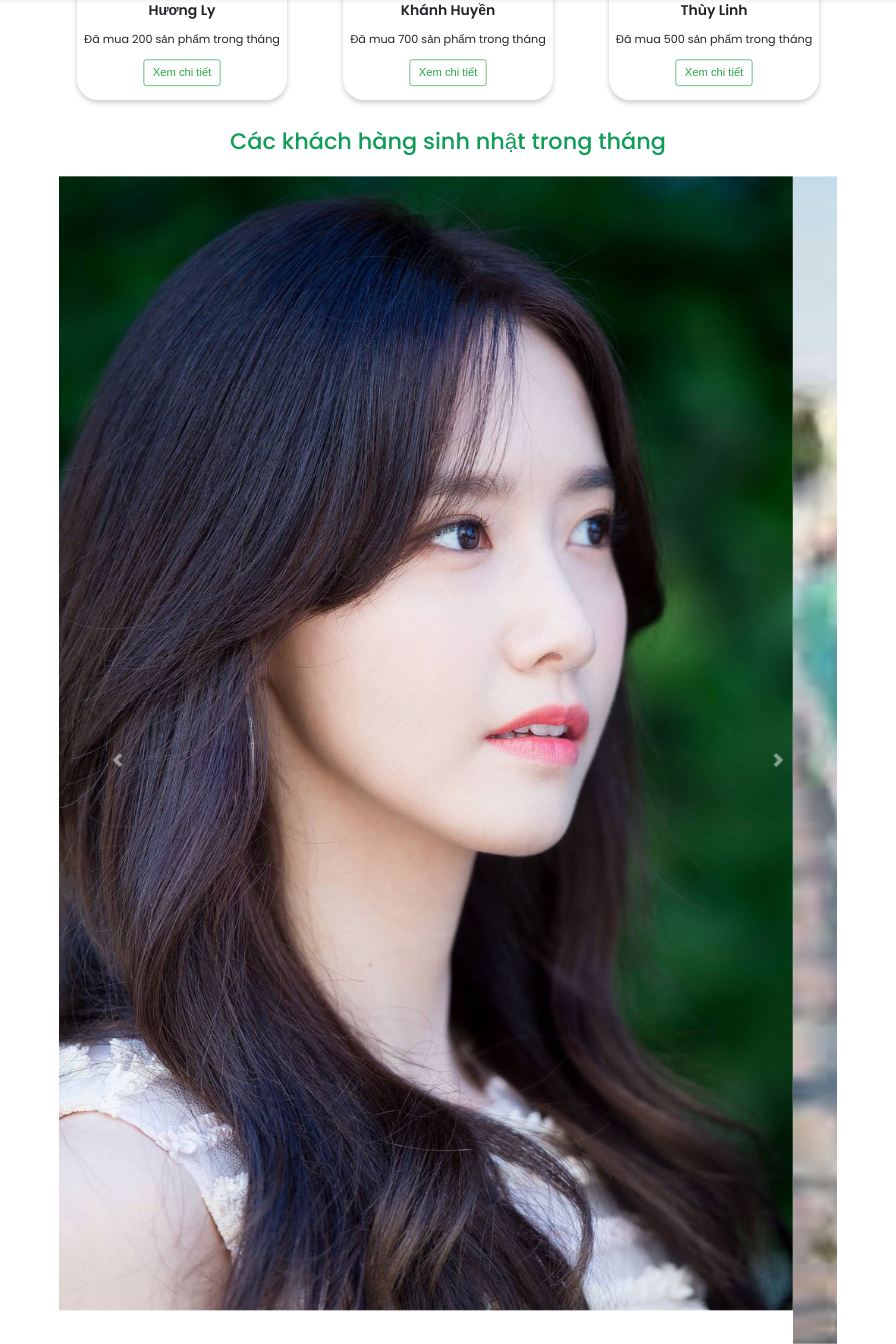
Repository: huutien1904/bt2-ltw
Page: index.html
An editor plug-in stored every save of this project. The page is shown before and after the next save, followed by the edit.
The browser window is 1280 px wide. The pictures show the part of the page from y = 1447 to 3367 px (the page is 3367 px tall before and 2533 px after), at 70% of full size.

Above is the page before, as saved 2021-11-04 09:31:07.

After the next save:
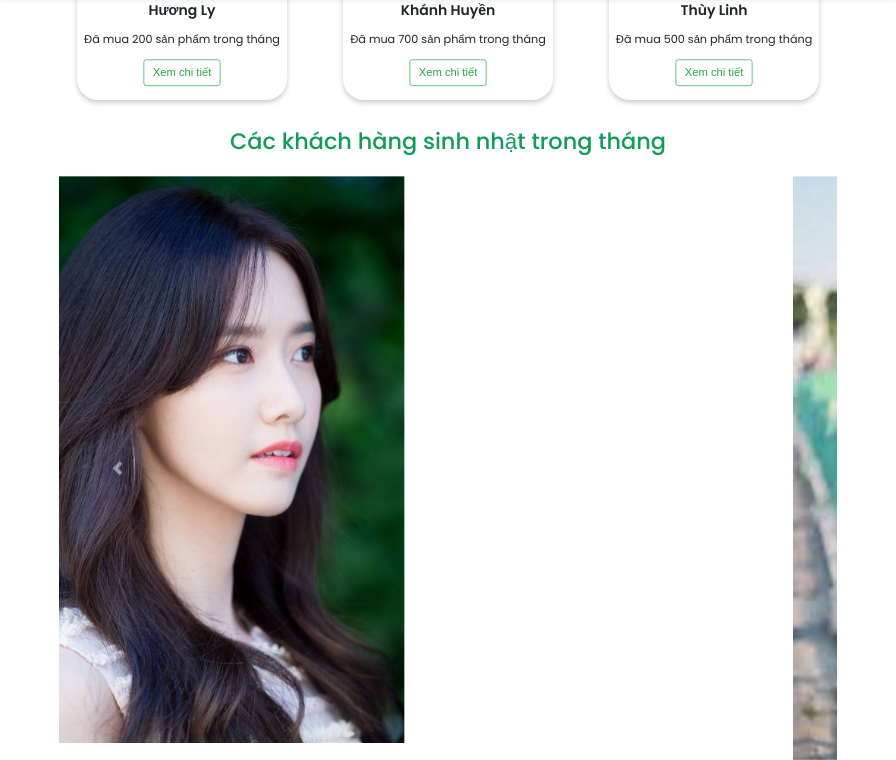
Saved 46 s later.
--- a/index.html
+++ b/index.html
@@ -149,13 +149,13 @@
             </ol>
             <div class="carousel-inner">
               <div class="carousel-item active">
-                <img class="d-block w-100" src="./img/anh-nguoi-dep-yoona-han-quoc.jpg" alt="First slide">
+                <img class="d-block w-50" src="./img/anh-nguoi-dep-yoona-han-quoc.jpg" alt="First slide">
               </div>
               <div class="carousel-item">
-                <img class="d-block w-100" src="./img/tải xuống (2).jpg" alt="Second slide">
+                <img class="d-block w-50" src="./img/tải xuống (2).jpg" alt="Second slide">
               </div>
               <div class="carousel-item">
-                <img class="d-block w-100" src="./img/tải xuống (3).jpg" alt="Third slide">
+                <img class="d-block w-50" src="./img/tải xuống (3).jpg" alt="Third slide">
               </div>
             </div>
             <a class="carousel-control-prev" href="#carouselExampleIndicators" role="button" data-slide="prev">

After the save that followed:
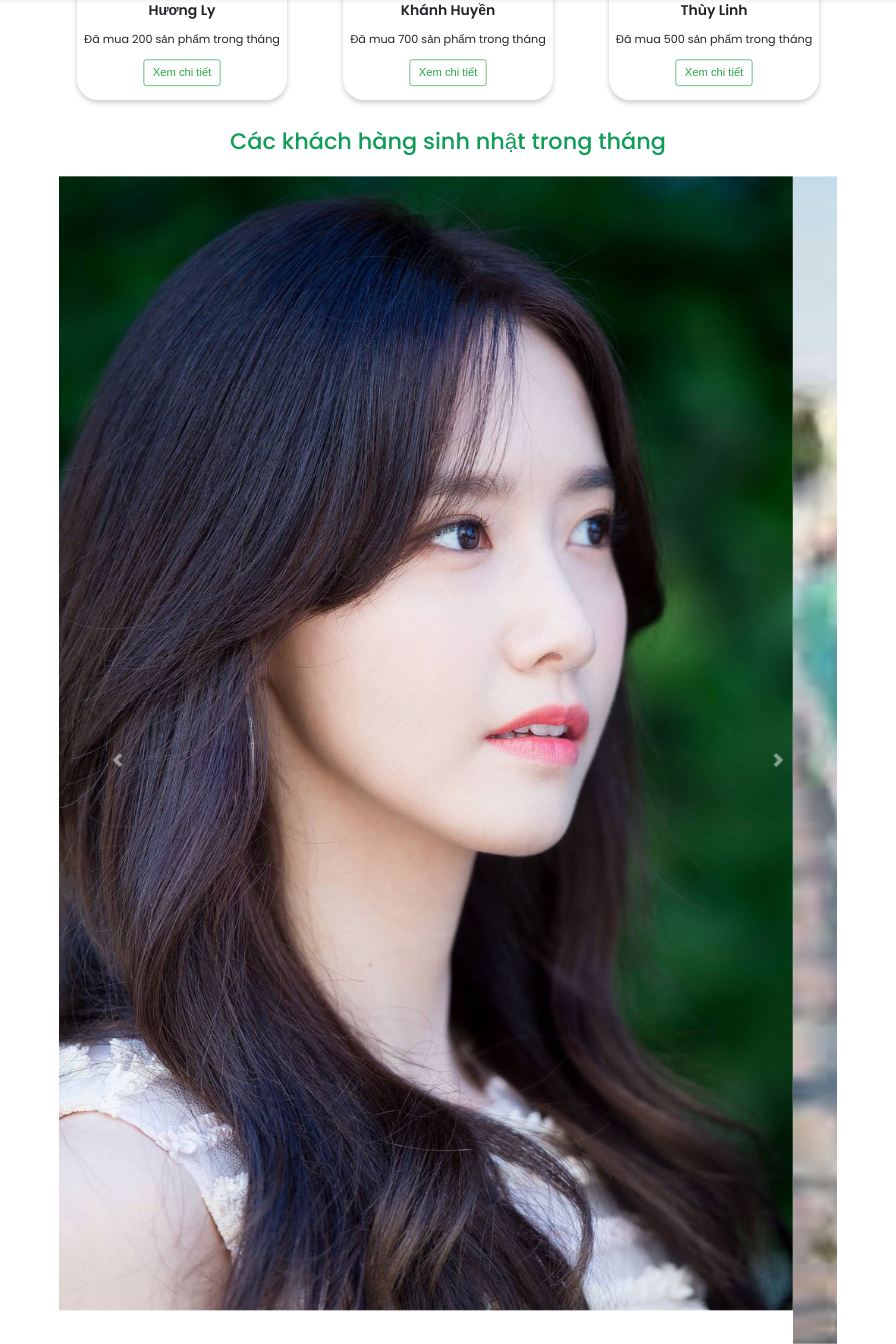
Saved 24 s later.
--- a/index.html
+++ b/index.html
@@ -149,13 +149,13 @@
             </ol>
             <div class="carousel-inner">
               <div class="carousel-item active">
-                <img class="d-block w-50" src="./img/anh-nguoi-dep-yoona-han-quoc.jpg" alt="First slide">
+                <img class="d-block w-100 h-40" src="./img/anh-nguoi-dep-yoona-han-quoc.jpg" alt="First slide">
               </div>
               <div class="carousel-item">
-                <img class="d-block w-50" src="./img/tải xuống (2).jpg" alt="Second slide">
+                <img class="d-block w-100 h-40" src="./img/tải xuống (2).jpg" alt="Second slide">
               </div>
               <div class="carousel-item">
-                <img class="d-block w-50" src="./img/tải xuống (3).jpg" alt="Third slide">
+                <img class="d-block w-100 h-40" src="./img/tải xuống (3).jpg" alt="Third slide">
               </div>
             </div>
             <a class="carousel-control-prev" href="#carouselExampleIndicators" role="button" data-slide="prev">
